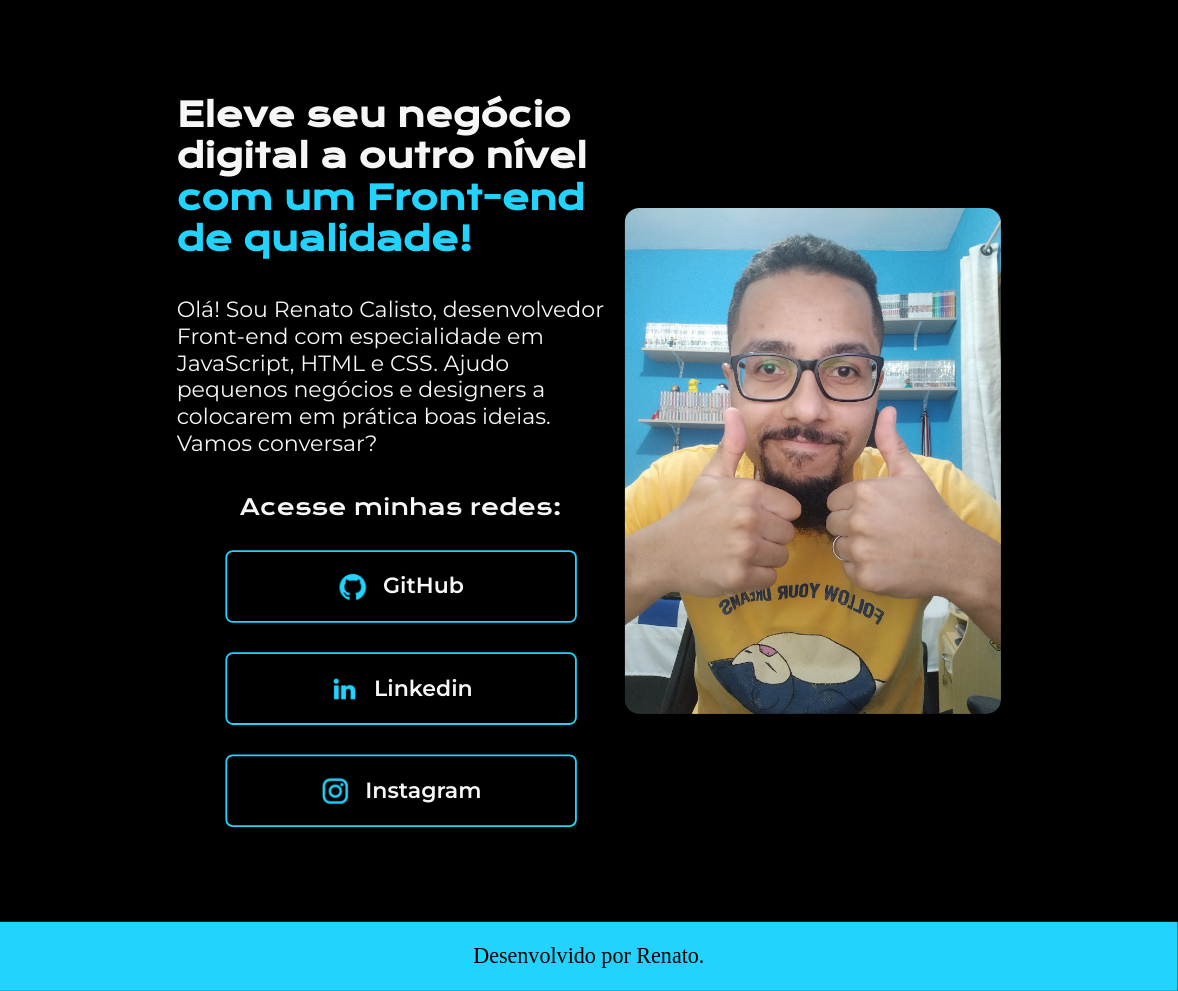
Repository: RenatoCCS/Portfolio_Alura
Page: index.html
These files come from the project's save history. The page is drawn as it stood at one moment and after the next save; the edit follows.
The browser window is 1280 px wide. The pictures show the whole page, at 92% of full size.

Above is the page before, as saved 2023-02-28 21:04:58.

After the next save:
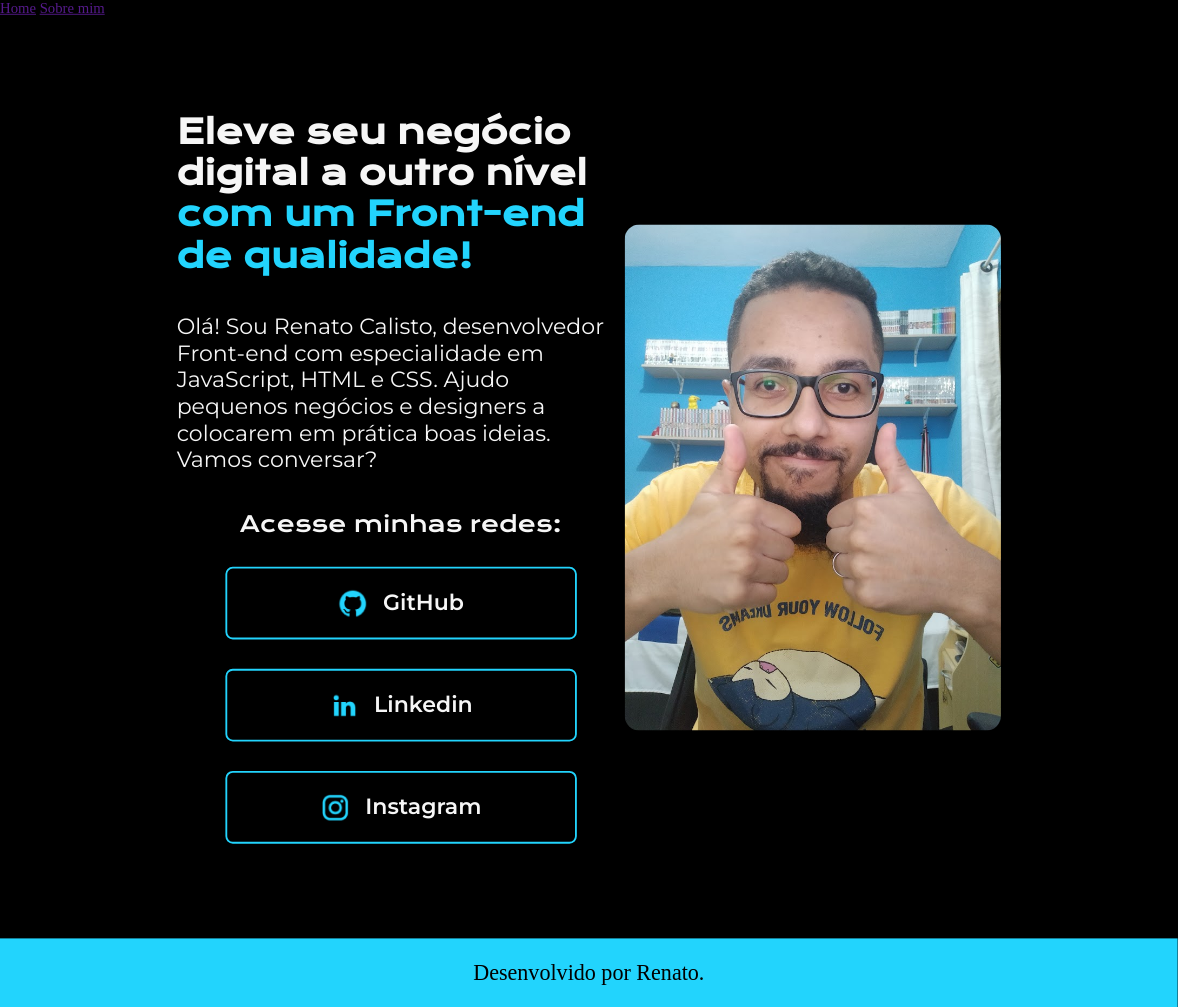
Saved 16 s later.
--- a/index.html
+++ b/index.html
@@ -10,7 +10,8 @@
   <body>
     <header class="">
       <nav>
-        <a href=""></a>
+        <a href="">Home</a>
+        <a href="">Sobre mim</a>
       </nav>
     </header>
     <main class="apresentacao">
